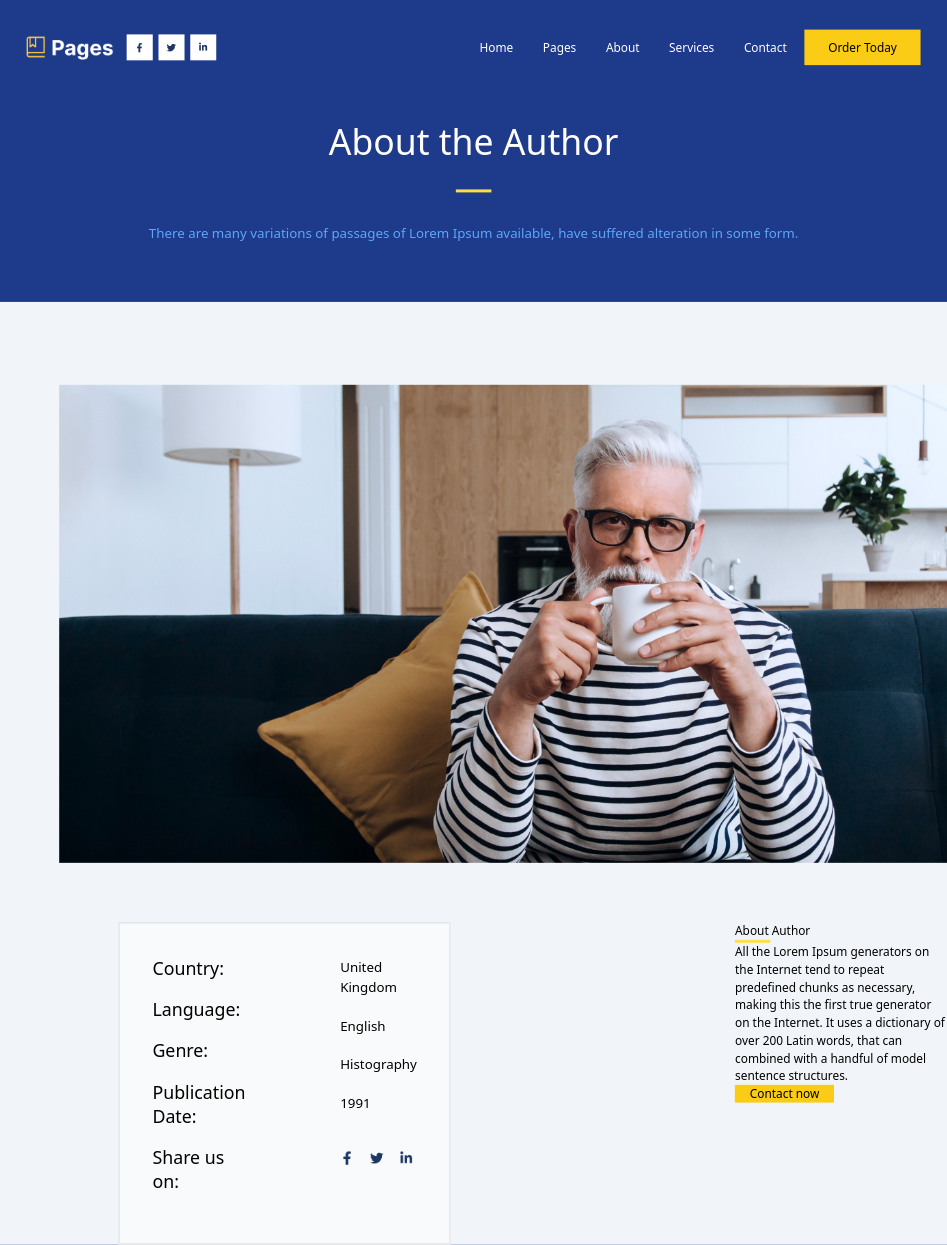
Repository: Godnorg/Class3
Page: index.html
The author's editor kept a copy of each file at every save. The page is drawn from the files as they stood at one save, then again after the next save.
The browser window is 1280 px wide. The pictures show the whole page, at 74% of full size.
Some web libraries are served in a nearby version.

Above is the page before, as saved 2023-02-20 02:36:29.

After the next save:
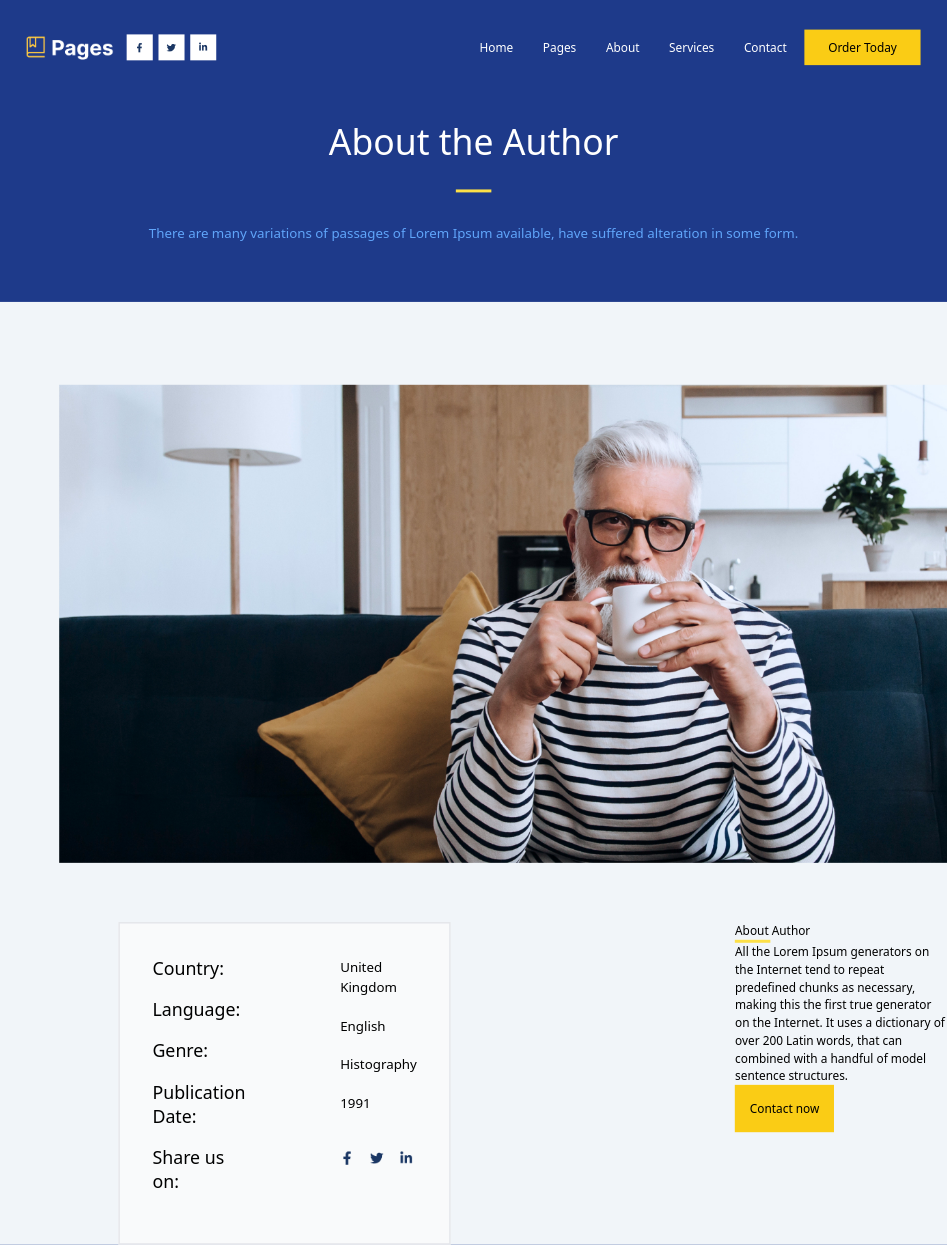
Saved 4 s later.
--- a/index.html
+++ b/index.html
@@ -59,7 +59,7 @@
           <h1>About Author</h1>
           <div class="w-12 h-1 bg-yellow-300"></div>
           <p>All the Lorem Ipsum generators on the Internet tend to repeat predefined chunks as necessary, making this the first true generator on the Internet. It uses a dictionary of over 200 Latin words, that can combined with a handful of model sentence structures.</p>
-          <button class="px-5 mx-auto bg-yellow-400 py6 font-sans-serif">Contact now</button>
+          <button class="px-5 py-5 mx-auto bg-yellow-400 font-sans-serif">Contact now</button>
         </div>
     </div>
 </div>
